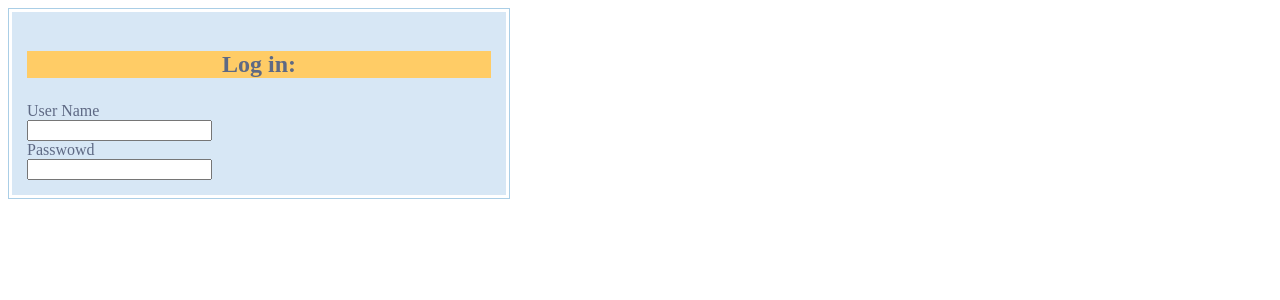
Repository: Dismen-r/assignment
Page: Assignment1/src/main/webapp/index.html
The author's editor kept a copy of each file at every save. The page is drawn from the files as they stood at one save, then again after the next save.
The browser window is 1280 px wide. The pictures show the whole page.

Above is the page before, as saved 2022-03-08 07:14:11.

After the next save:
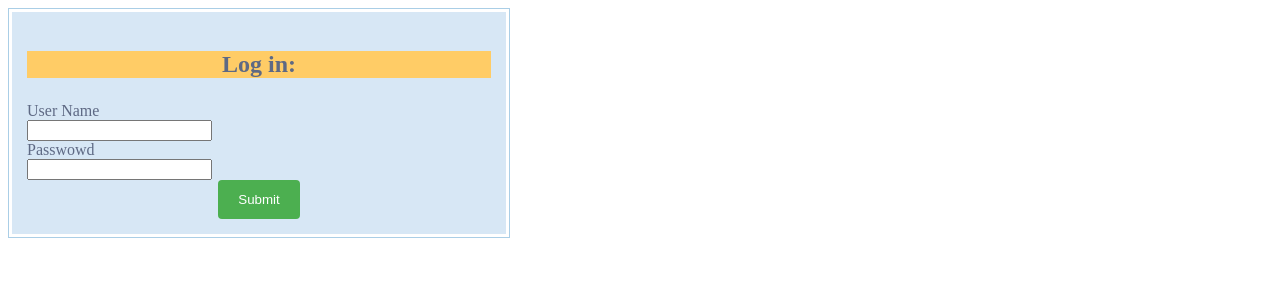
Saved 2 min 33 s later.
--- a/Assignment1/src/main/webapp/index.html
+++ b/Assignment1/src/main/webapp/index.html
@@ -42,5 +42,7 @@ Passwowd
  <input type=password required>
  </div>
 </div>
+<center>
+ <input type=submit value=Submit></div></form></div></div>
 </body>
 </html>
